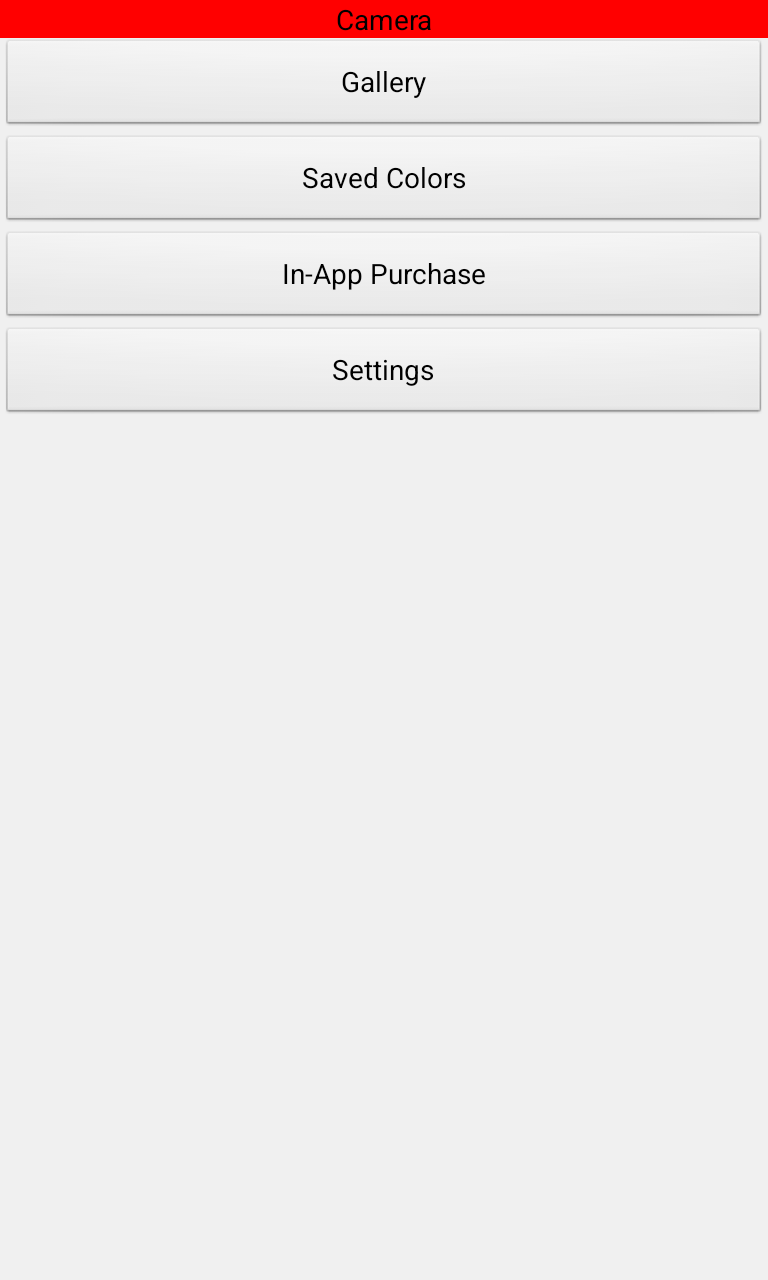
Repository: jwanglof/Rangi
Layout: client/Rangi/res/layout/mainmenu.xml
The author's editor kept a copy of each file at every save. The layout is drawn from the files as they stood at one save, then again after the next save.
It is drawn on a 768 x 1280 px phone screen (xhdpi) without system bars, with theme android:Theme.NoTitleBar; the app's code is not run.

Above is the layout before, as saved 2012-11-01 12:33:05.

### client/Rangi/res/layout/mainmenu.xml
<?xml version="1.0" encoding="utf-8"?>
<LinearLayout xmlns:android="http://schemas.android.com/apk/res/android"
              android:orientation="vertical"
              android:layout_width="fill_parent"
              android:layout_height="fill_parent"
              android:background="#f0f0f0"
        >
    <Button
            android:layout_width="fill_parent"
            android:layout_height="wrap_content"
            android:text="Camera"
            android:id="@+id/camera_button"
            android:onClick="camera"
            android:background="#ff0000"/>
    <Button
            android:layout_width="fill_parent"
            android:layout_height="wrap_content"
            android:text="Gallery"
            android:id="@+id/gallery_button"
            android:onClick="gallery"/>
    <Button
            android:layout_width="fill_parent"
            android:layout_height="wrap_content"
            android:text="Saved Colors"
            android:id="@+id/saved_colors_button"
            android:onClick="saved_colors"/>
    <Button
            android:layout_width="fill_parent"
            android:layout_height="wrap_content"
            android:text="In-App Purchase"
            android:id="@+id/in_app_button"
            android:onClick="in_app"/>
    <Button
            android:layout_width="fill_parent"
            android:layout_height="wrap_content"
            android:text="Settings"
            android:id="@+id/settings_button"
            android:onClick="settings"/>
</LinearLayout>

After the next save:
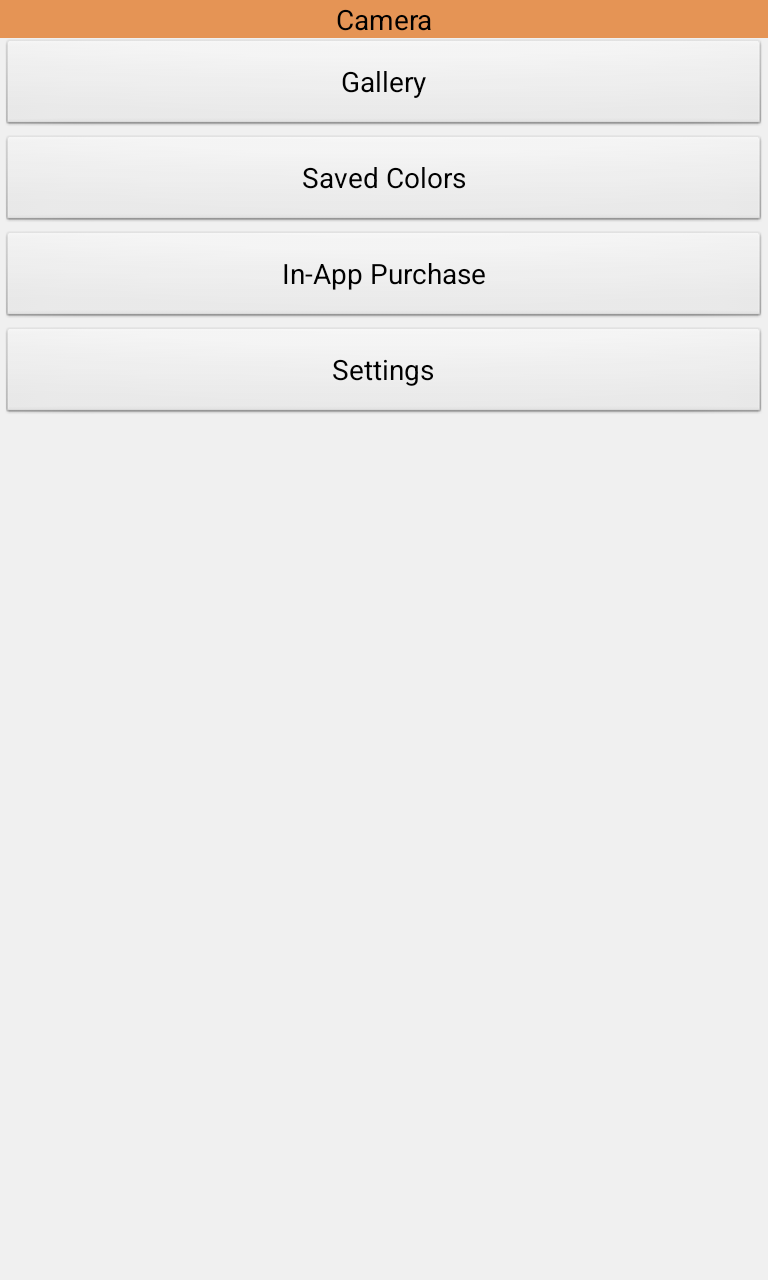
Saved 84 s later.
--- a/client/Rangi/res/layout/mainmenu.xml
+++ b/client/Rangi/res/layout/mainmenu.xml
@@ -11,7 +11,7 @@
             android:text="Camera"
             android:id="@+id/camera_button"
             android:onClick="camera"
-            android:background="#ff0000"/>
+            android:background="#e59455"/>
     <Button
             android:layout_width="fill_parent"
             android:layout_height="wrap_content"
